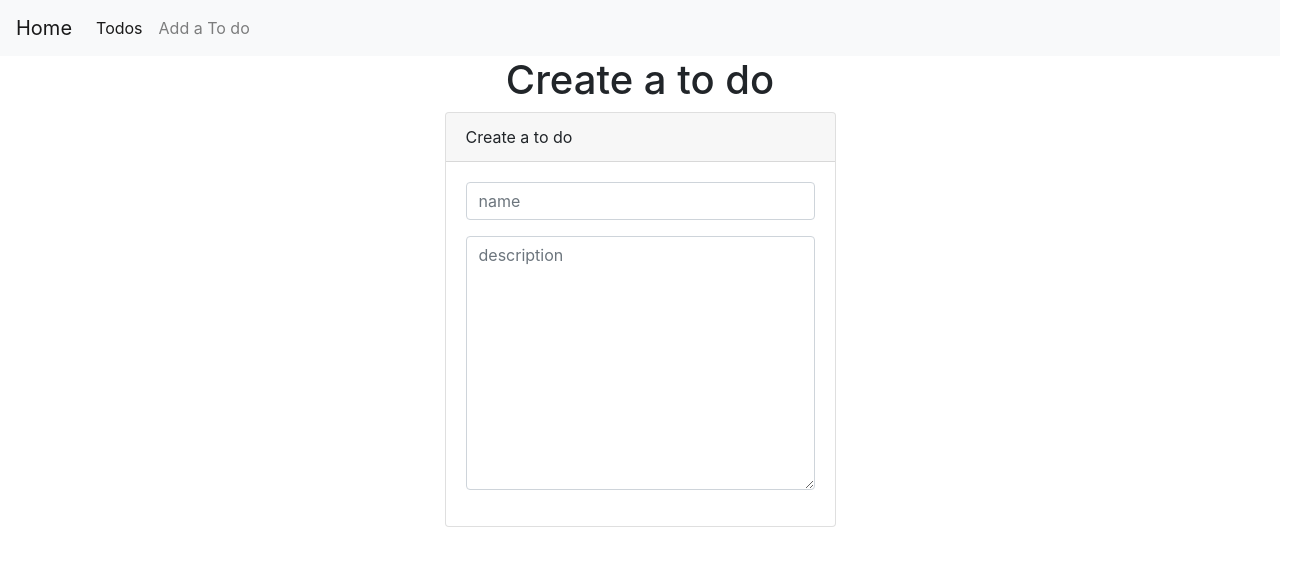
Repository: Azariagmt/laravel-to-do-app
Page: http://localhost/new-to-do
These files come from the project's save history. The page is drawn as it stood at one moment and after a run of saves; the edit follows.
The browser window is 1280 px wide. The page is 1295 px wide, so the pictures cover 1295 px, including what lies to the right of the window. The pictures show the whole page.
The page is served by the project's Laravel application, run on PHP 8.4 with Laravel 8. Other server files are loaded and not shown.

Above is the page before, as saved 2020-04-27 22:53:06.

### routes/web.php
<?php

use Illuminate\Support\Facades\Route;

/*
|--------------------------------------------------------------------------
| Web Routes
|--------------------------------------------------------------------------
|
| Here is where you can register web routes for your application. These
| routes are loaded by the RouteServiceProvider within a group which
| contains the "web" middleware group. Now create something great!
|
*/

Route::get('/', function () {
    return view('welcome');
});

Route::get('/todos', 'TodosController@index')->name('todos');

Route::get('todos/{todo}', 'TodosController@show')->name('todo');

Route::get('/new-to-do', 'TodosController@new')->name('new');

### app/Http/Controllers/TodosController.php
<?php

namespace App\Http\Controllers;

use Illuminate\Http\Request;
use App\Todo;

class TodosController extends Controller
{
    public function index(){
        $todos = Todo::all();
        return view('todos.index', [
            'todos' => $todos
        ]);
    }
    public function show($todoId){

        $todo = Todo::find($todoId);
        return view('todos.show',[
            'todo' => $todo
        ]);
    }
    public function new(){
        return view('todos.new');
    }
}

### resources/views/todos/new.blade.php
@extends('layouts')

@section('content')
<h1 class="text-center">
Create a to do
</h1>
<div class="row justify-content-center">
<div class="card card-default">
<div class="card-header">
Create a to do
</div>
<div class="card-body">
<form action="">
<div class="form-group">
<input type="text" class="form-control" name="name" placeholder="name">
</div>
<div class="form-group">
<textarea type="text-area" class="form-control" placeholder="description" cols="30" rows="10" name="description"></textarea>
</div>
</form>
</div>
</div>
</div>
@endsection

### resources/views/layouts.blade.php
<!DOCTYPE html>
<!--[if lt IE 7]>      <html class="no-js lt-ie9 lt-ie8 lt-ie7"> <![endif]-->
<!--[if IE 7]>         <html class="no-js lt-ie9 lt-ie8"> <![endif]-->
<!--[if IE 8]>         <html class="no-js lt-ie9"> <![endif]-->
<!--[if gt IE 8]><!--> <html class="no-js"> <!--<![endif]-->
    <head>
        <meta charset="utf-8">
        <meta http-equiv="X-UA-Compatible" content="IE=edge">
        <title>To do app</title>
        <meta name="description" content="">
        <meta name="viewport" content="width=device-width, initial-scale=1">
        <link rel="stylesheet" href="https://stackpath.bootstrapcdn.com/bootstrap/4.4.1/css/bootstrap.min.css" integrity="sha384-Vkoo8x4CGsO3+Hhxv8T/Q5PaXtkKtu6ug5TOeNV6gBiFeWPGFN9MuhOf23Q9Ifjh" crossorigin="anonymous">
        <link rel="stylesheet" href="">
    </head>
    <body>
        <!--[if lt IE 7]>
            <p class="browsehappy">You are using an <strong>outdated</strong> browser. Please <a href="#">upgrade your browser</a> to improve your experience.</p>
        <![endif]-->
        <nav class="navbar navbar-expand-lg navbar-light bg-light">
  <a class="navbar-brand" href="/">Home</a>
  <button class="navbar-toggler" type="button" data-toggle="collapse" data-target="#navbarNav" aria-controls="navbarNav" aria-expanded="false" aria-label="Toggle navigation">
    <span class="navbar-toggler-icon"></span>
  </button>
  <div class="collapse navbar-collapse" id="navbarNav">
    <ul class="navbar-nav">
      <li class="nav-item active">
        <a class="nav-link" href="{{route('todos')}}">Todos <span class="sr-only">(current)</span></a>
      </li>
      <li class="nav-item">
        <a class="nav-link" href="{{route('new')}}">Add a To do <span class="sr-only">(current)</span></a>
      </li>
    </ul>
  </div>
</nav>
        @yield('content')
        <script src="" async defer></script>
    </body>
</html>

Loaded but not shown: app/Http/Controllers/Controller.php (common file)

After the next 2 saves:
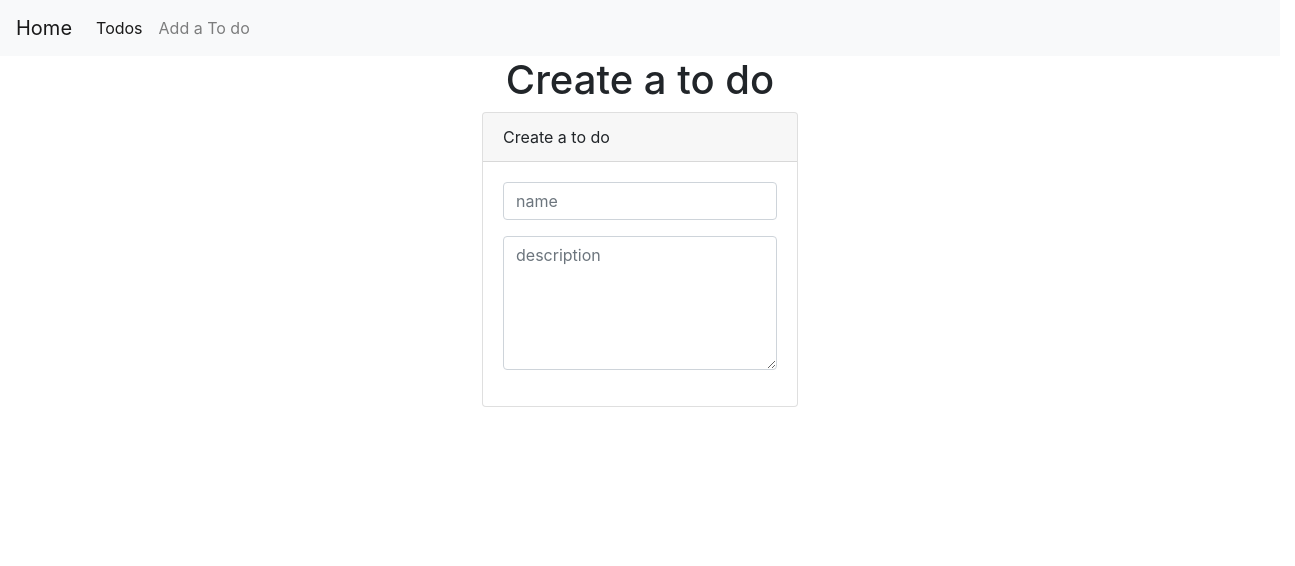
The 2 saves are shown as one change because they came seconds apart.
The last was saved 3 min 23 s later.
--- a/resources/views/todos/new.blade.php
+++ b/resources/views/todos/new.blade.php
@@ -15,7 +15,7 @@ Create a to do
 <input type="text" class="form-control" name="name" placeholder="name">
 </div>
 <div class="form-group">
-<textarea type="text-area" class="form-control" placeholder="description" cols="30" rows="10" name="description"></textarea>
+<textarea type="text-area" class="form-control" placeholder="description" cols="5" rows="5" name="description"></textarea>
 </div>
 </form>
 </div>
